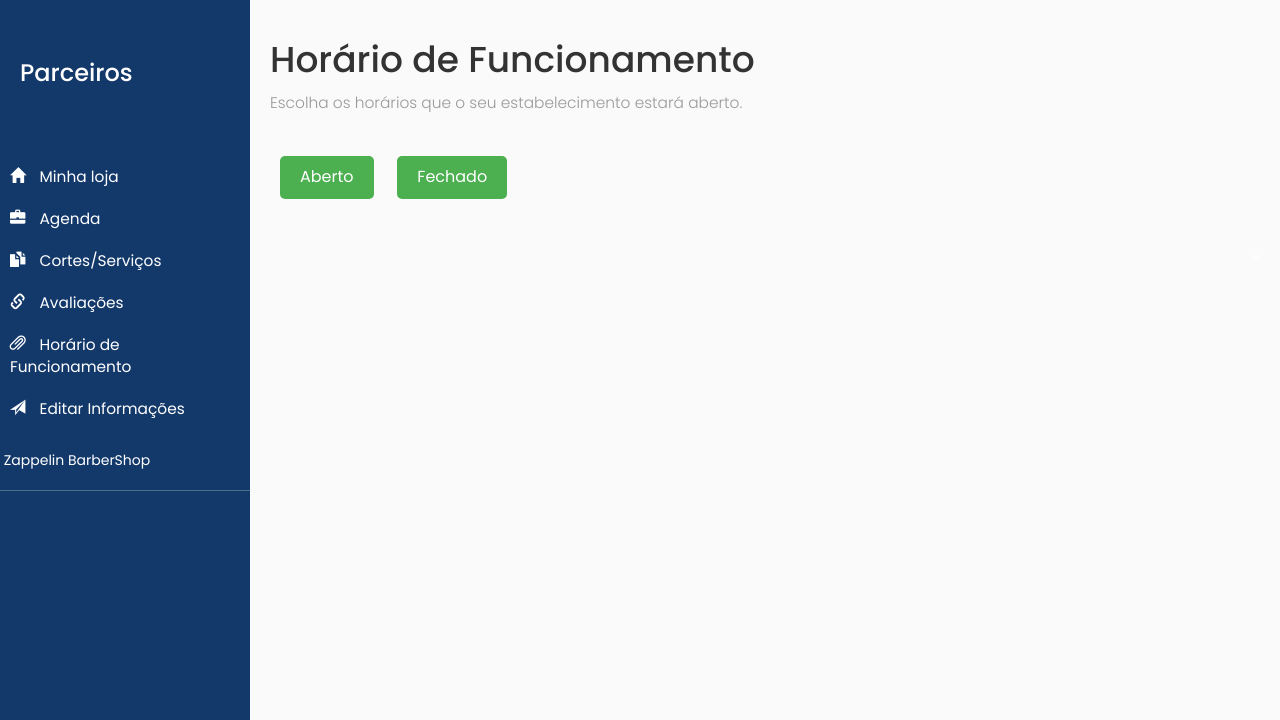
Repository: aquilesascar/barberconnect
Page: http://localhost/horario.php
The author's editor kept a copy of each file at every save. The page is drawn from the files as they stood at one save, then again after a run of saves.
The browser window is 1280 px wide. The pictures show the whole page.
The page is run by PHP 8.4 with error messages shown; the project is at /var/www/html/.

Above is the page before, as saved 2023-10-09 14:12:49.

After the next 7 saves:
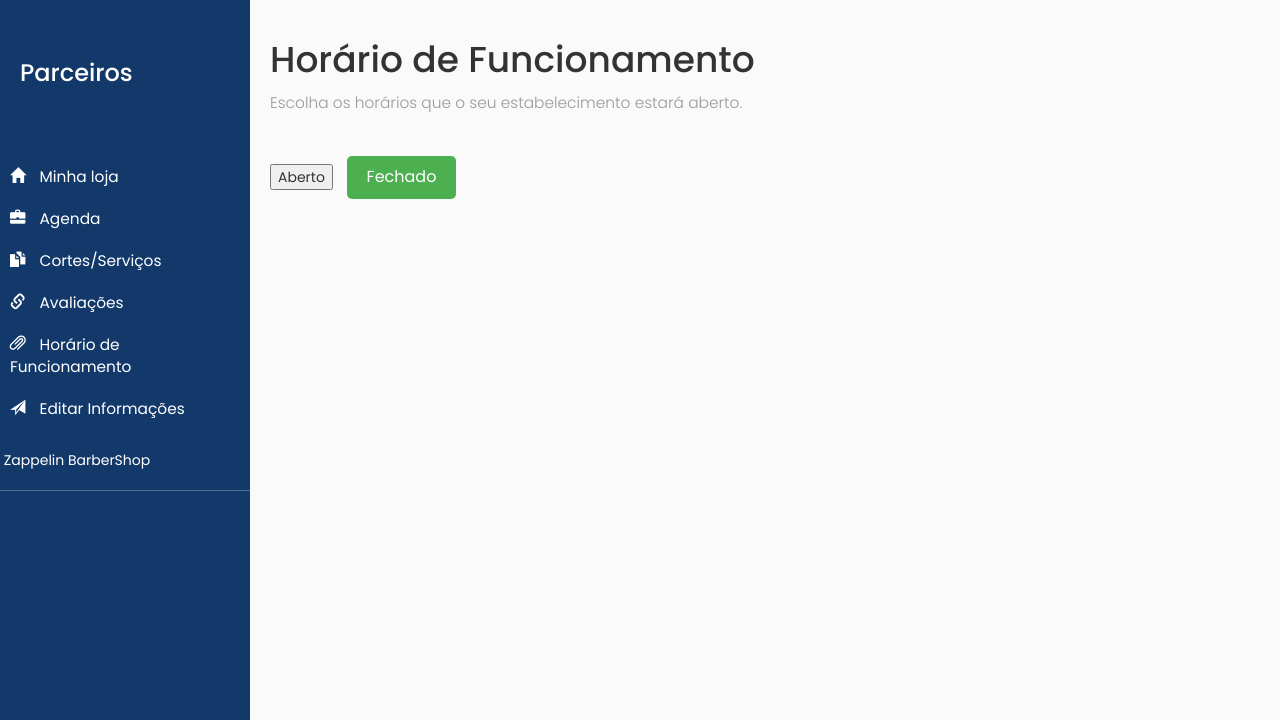
The 7 saves are shown as one change because they came seconds apart.
The last was saved 23 s later.
--- a/horario.php
+++ b/horario.php
@@ -35,7 +35,7 @@
             <button id="botao2" onclick="selecionarBotao(2)">Fechado</button>
 
             <style>
-                #botao1,
+                #botao1oatob,
                 #botao2 {
                     background-color: #4CAF50;
                     border: none;

After the save that followed:
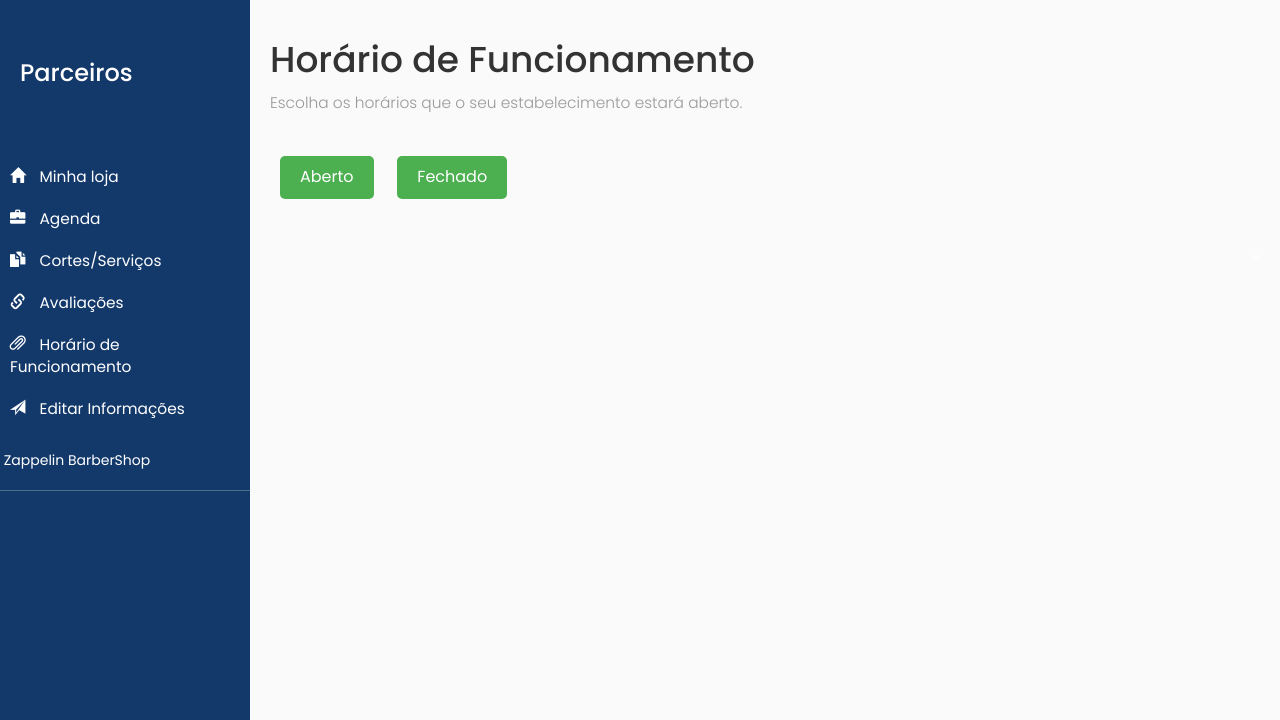
Saved 10 s later.
--- a/horario.php
+++ b/horario.php
@@ -35,7 +35,7 @@
             <button id="botao2" onclick="selecionarBotao(2)">Fechado</button>
 
             <style>
-                #botao1oatob,
+                #botao1,
                 #botao2 {
                     background-color: #4CAF50;
                     border: none;
